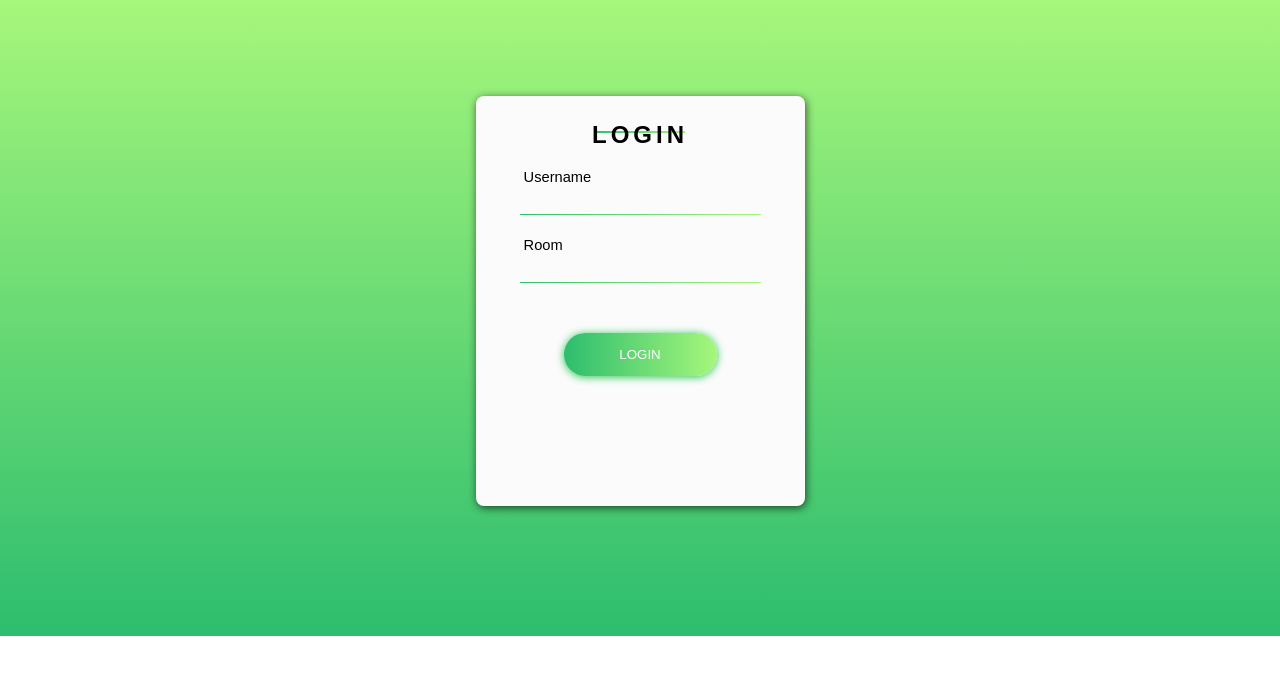
Repository: satyam12116/chat
Page: public/index.html
An editor plug-in stored every save of this project. The page is shown before and after the next save, followed by the edit.
The browser window is 1280 px wide. The pictures show the whole page.
Some web libraries are served in a nearby version.

Above is the page before, as saved 2023-03-26 10:55:06.

After the next save:
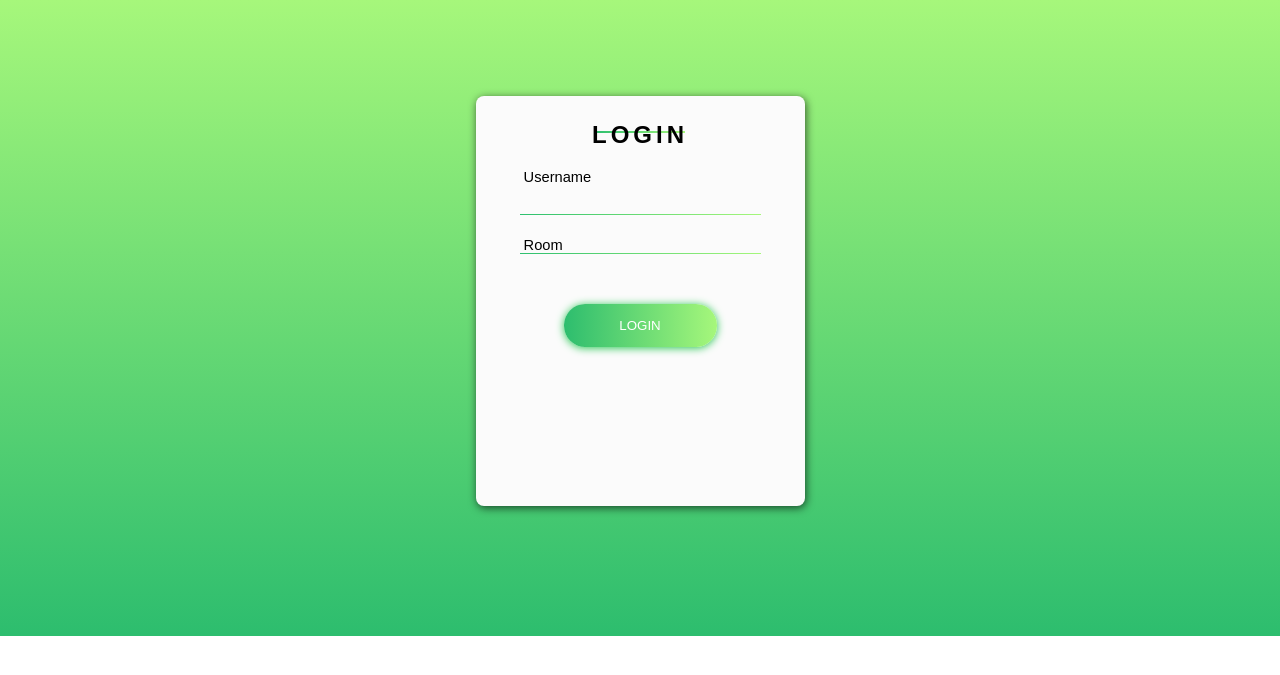
Saved 17 min 59 s later.
--- a/public/index.html
+++ b/public/index.html
@@ -59,7 +59,7 @@
 				<div class="form-border"></div>
 				<label for="user-password" style="padding-top:22px">&nbsp;Room
 				  </label>
-				<input id="user-password" class="form-content" type="password" name="password" required />
+				<!-- <input id="user-password" class="form-content" type="password" name="password" required /> -->
 				<div class="form-border"></div>
 				<!-- <a href="#">
 				  <legend id="forgot-pass">Forgot password?</legend>
